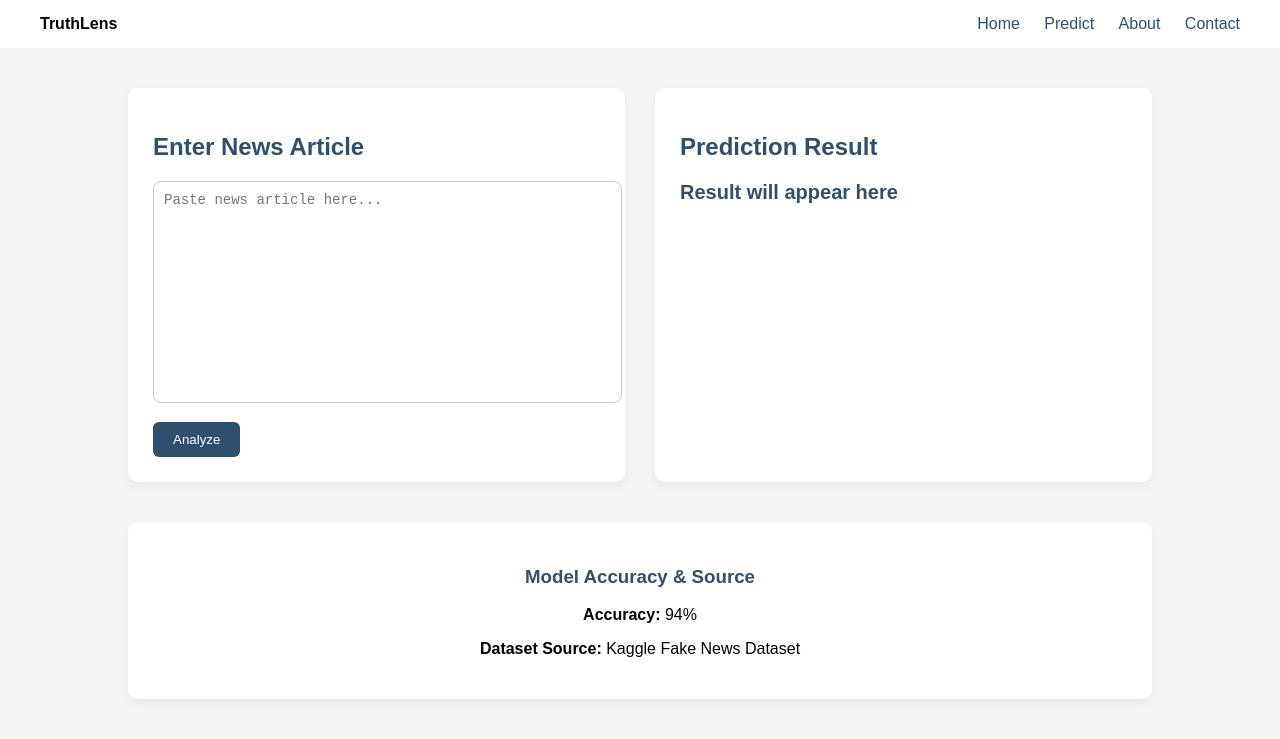
Repository: asadpathan2002-bot/Sprint1
Page: frontend/predict.html
The author's editor kept a copy of each file at every save. The page is drawn from the files as they stood at one save, then again after the next save.
The browser window is 1280 px wide. The pictures show the whole page.

Above is the page before, as saved 2026-02-22 23:16:26.

### frontend/predict.html
<!DOCTYPE html>
<html>
<head>
    <title>TruthLens - Predict</title>
    <meta name="viewport" content="width=device-width, initial-scale=1.0">

    <style>
        body {
            margin: 0;
            font-family: Arial, sans-serif;
            background-color: #f5f5f5; /* Pale Gray */
        }

        /* Navbar */
        .navbar {
            display: flex;
            justify-content: space-between;
            align-items: center;
            padding: 15px 40px;
            background-color: #ffffff;
        }

        .navbar a {
            text-decoration: none;
            color: #2f4f6f; /* Dusty Blue */
            margin-left: 20px;
            font-weight: 500;
        }

        /* Main Container */
        .container {
            padding: 40px 10%;
        }

        .predict-wrapper {
            display: flex;
            gap: 30px;
            flex-wrap: wrap;
        }

        .box {
            flex: 1;
            min-width: 300px;
            background-color: #ffffff; /* Off White */
            padding: 25px;
            border-radius: 10px;
            box-shadow: 0px 4px 10px rgba(0,0,0,0.05);
        }

        .box h2 {
            color: #2f4f6f;
        }

        textarea {
            width: 100%;
            height: 200px;
            padding: 10px;
            border-radius: 8px;
            border: 1px solid #ccc;
            resize: none;
            font-size: 14px;
        }

        .result {
            font-size: 20px;
            font-weight: bold;
            margin-top: 20px;
            color: #2f4f6f;
        }

        button {
            margin-top: 15px;
            padding: 10px 20px;
            background-color: #2f4f6f;
            color: white;
            border: none;
            border-radius: 6px;
            cursor: pointer;
        }

        button:hover {
            opacity: 0.9;
        }

        /* Accuracy Section */
        .accuracy-section {
            margin-top: 40px;
            text-align: center;
            background-color: #ffffff;
            padding: 25px;
            border-radius: 10px;
            box-shadow: 0px 4px 10px rgba(0,0,0,0.05);
        }

        .accuracy-section h3 {
            color: #2f4f6f;
        }

        /* Responsive */
        @media (max-width: 768px) {
            .predict-wrapper {
                flex-direction: column;
            }
        }

    </style>
</head>

<body>

<!-- Navbar -->
<div class="navbar">
    <div><strong>TruthLens</strong></div>
    <div>
        <a href="home.html">Home</a>
        <a href="predict.html">Predict</a>
        <a href="about.html">About</a>
        <a href="contact.html">Contact</a>
    </div>
</div>

<div class="container">

    <div class="predict-wrapper">

        <!-- Left Box -->
        <div class="box">
            <h2>Enter News Article</h2>
            <textarea placeholder="Paste news article here..."></textarea>
            <button onclick="showResult()">Analyze</button>
        </div>

        <!-- Right Box -->
        <div class="box">
            <h2>Prediction Result</h2>
            <div class="result" id="resultText">
                Result will appear here
            </div>
        </div>

    </div>

    <!-- Accuracy Section -->
    <div class="accuracy-section">
        <h3>Model Accuracy & Source</h3>
        <p><strong>Accuracy:</strong> 94%</p>
        <p><strong>Dataset Source:</strong> Kaggle Fake News Dataset</p>
    </div>

</div>

<script>
    function showResult() {
        // Demo logic
        document.getElementById("resultText").innerHTML = "This news appears to be FAKE";
    }
</script>

</body>
</html>

After the next save:
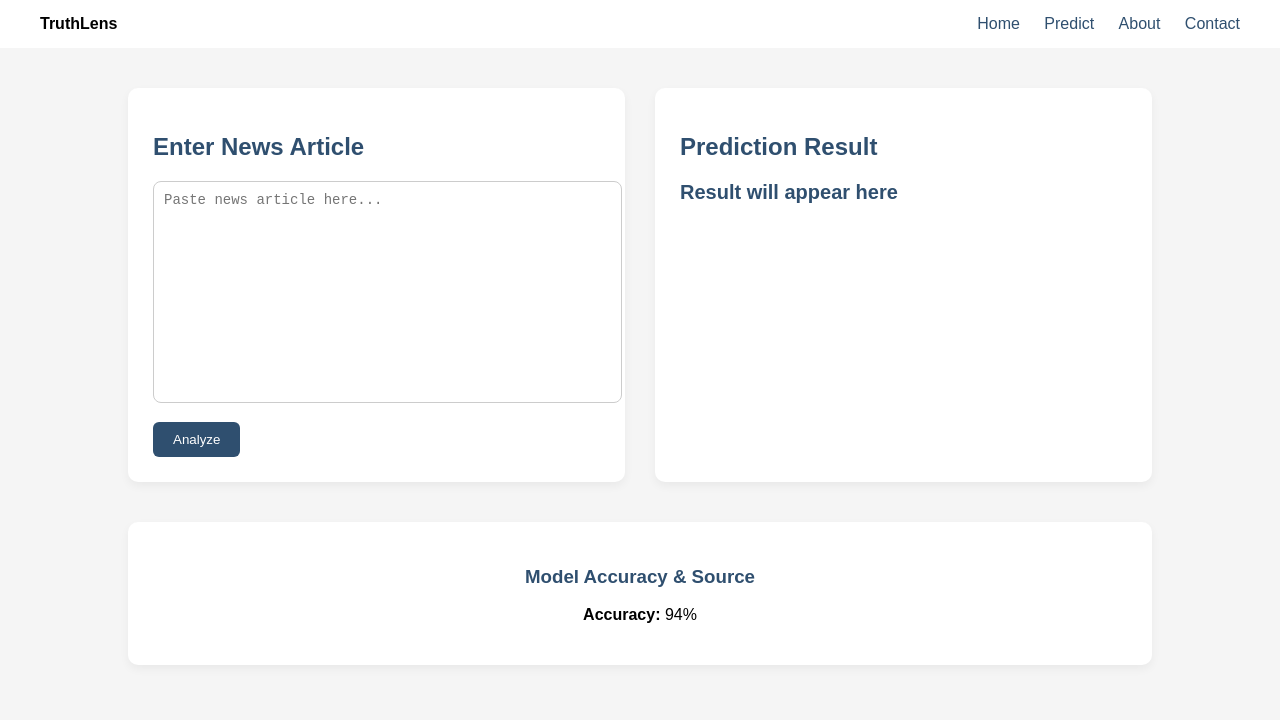
Saved 66 s later.
--- a/frontend/predict.html
+++ b/frontend/predict.html
@@ -144,7 +144,7 @@
     <div class="accuracy-section">
         <h3>Model Accuracy & Source</h3>
         <p><strong>Accuracy:</strong> 94%</p>
-        <p><strong>Dataset Source:</strong> Kaggle Fake News Dataset</p>
+
     </div>
 
 </div>
